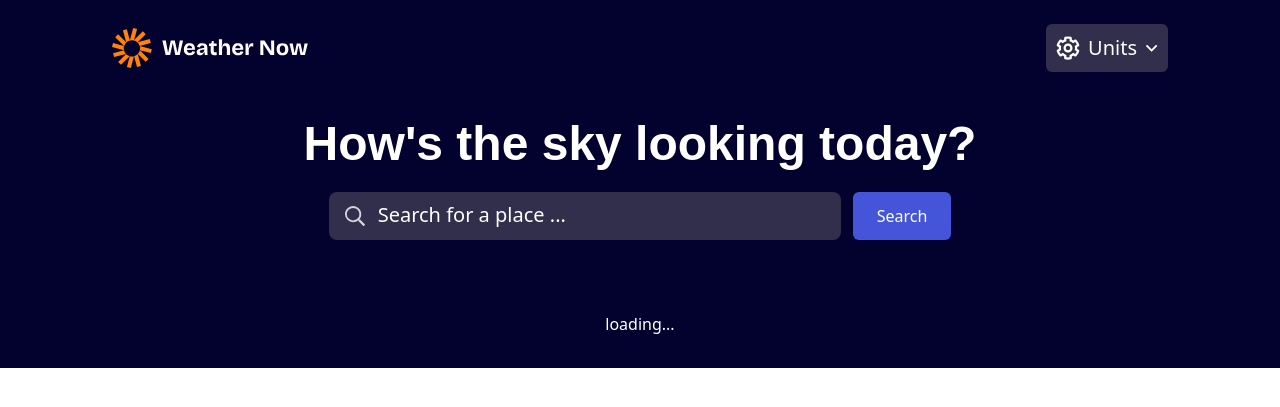
Repository: ayakhaled0001/weather-app
Page: /
An editor plug-in stored every save of this project. The page is shown before and after the next save, followed by the edit.
The browser window is 1280 px wide. The pictures show the whole page.
The page's requests for data from a server got no answer. The project was rebuilt for these pictures with package versions that can differ from the ones it lists, and the page was loaded fresh each time. No one was signed in, and anything a server would have sent is missing. Also part of the build but not shown: vite.config.js, src/App.css, src/components/Utilites.jsx, src/components/main_components/Hero.jsx, src/components/main_components/SideBar.jsx, src/components/main_components/Properties.jsx, src/components/main_components/DailyForecast.jsx.

Above is the page before, as saved 2025-09-22 06:24:17.

After the next save:
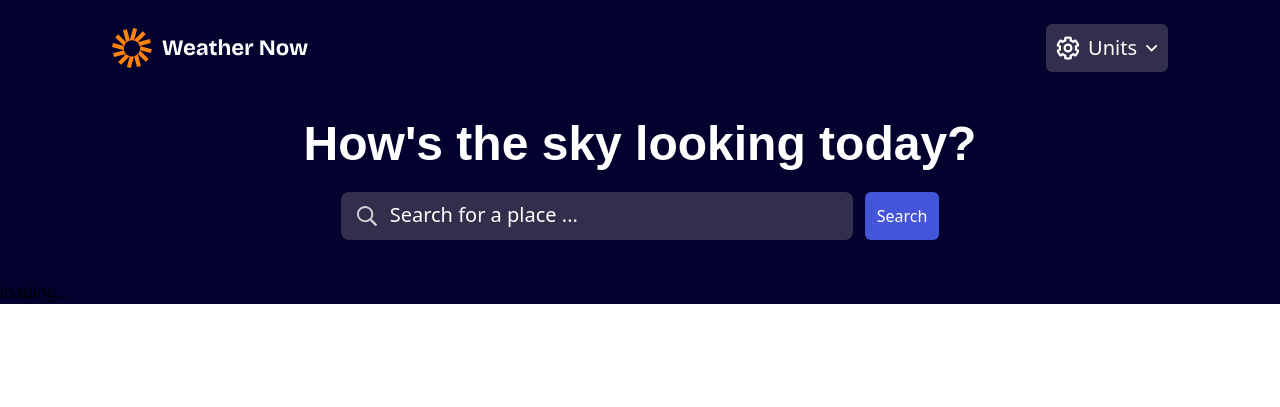
Saved 15 s later.
--- a/src/components/Header.jsx
+++ b/src/components/Header.jsx
@@ -4,24 +4,24 @@ function Header({ setCity }) {
   const [searchedCity, setSearchedCity] = useState("");
   const handleSetSearchCity = () => setCity(searchedCity);
   return (
-    <header className="px-4 sm:px-0">
-      <h1 className="text-center text-3xl sm:text-4xl lg:text-5xl text-Neutral-0 font-brico font-bold my-4 sm:my-6">
+    <header>
+      <h1 className="text-center text-5xl text-Neutral-0 font-brico font-bold my-6">
         How's the sky looking today?
       </h1>
-      <div className="flex flex-col sm:flex-row justify-center gap-3 mb-6 sm:mb-10">
-        <div className="bg-Neutral-700 w-full sm:w-2/5 rounded-lg flex ps-4 pe-12 py-3 gap-3">
+      <div className="flex justify-center gap-3 mb-10">
+        <div className="bg-Neutral-700 w-2/5 rounded-lg flex ps-4 pe-12 py-3 gap-3">
           <img src="/images/icon-search.svg" alt="" />
           <input
             type="text"
             value={searchedCity}
             onChange={(e) => setSearchedCity(e.target.value)}
-            className="text-Neutral-0 border-none outline-none placeholder:text-Neutral-0 placeholder:text-lg sm:placeholder:text-xl w-full"
+            className="text-Neutral-0 border-none outline-none placeholder:text-Neutral-0 placeholder:text-xl w-full"
             placeholder="Search for a place ..."
           />
         </div>
         <button
           onClick={handleSetSearchCity}
-          className="hover:cursor-pointer text-Neutral-0 bg-Blue-500 px-6 py-3 rounded-md hover:bg-Blue-700 transition-all w-full sm:w-auto">
+          className="hover:cursor-pointer text-Neutral-0 bg-Blue-500 px-3 rounded-md hover:bg-Blue-700 transition-all ">
           Search
         </button>
       </div>
--- a/src/components/Main.jsx
+++ b/src/components/Main.jsx
@@ -8,10 +8,7 @@ function Main({ weather, units }) {
   const [days, setDays] = useState("Saturday");
   const [isOpened, setIsOpened] = useState(false);
 
-  if (!weather)
-    return (
-      <section className="text-center text-Neutral-0 py-8">loading...</section>
-    );
+  if (!weather) return <section>loading...</section>;
   const daysWithHours = {};
   if (weather?.hourly?.time) {
     weather.hourly.time.forEach((time, idx) => {
@@ -62,7 +59,7 @@ function Main({ weather, units }) {
   const country = weather?.timezone ?? "";
 
   return (
-    <main className="grid grid-cols-1 lg:grid-cols-[2fr_1fr] grid-rows-[auto_auto_auto] lg:grid-rows-[300px_160px_230px] w-full mx-auto gap-3 pb-8 px-4 sm:px-0">
+    <main className="grid grid-rows-[300px_160px_230px] grid-cols-[2fr_1fr] w-7/8 mx-auto gap-3 pb-8">
       {/* hero section */}
       <Hero
         country={country}
